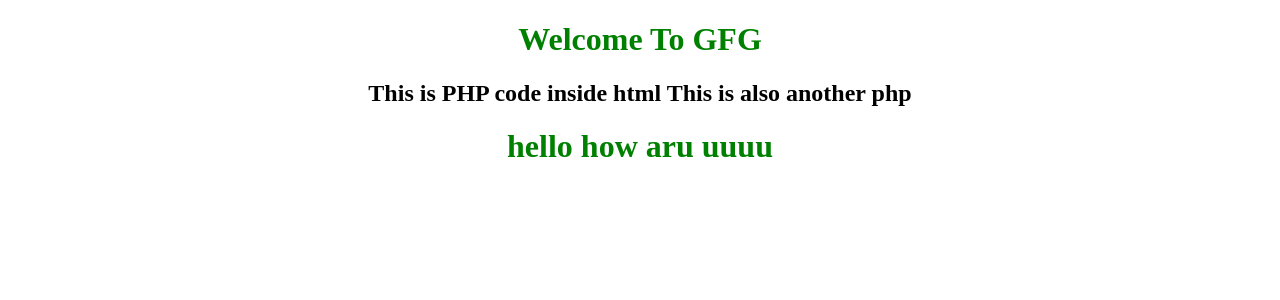
Repository: aashlinrajan/PHPprojectGH
Page: http://localhost/example1.php
These files come from the project's save history. The page is drawn as it stood at one moment and after a run of saves; the edit follows.
The browser window is 1280 px wide. The pictures show the whole page.
The page is run by PHP 8.4 with error messages shown; the project is at /var/www/html/.

Above is the page before, as saved 2022-12-14 11:06:34.

After the next 2 saves:
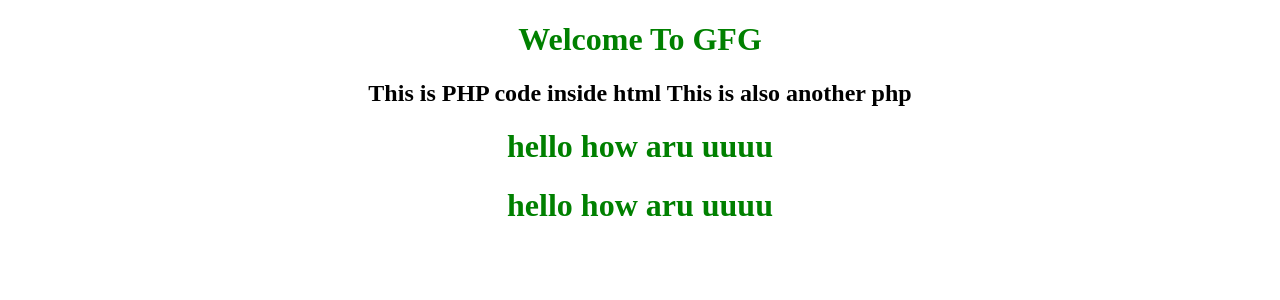
The 2 saves are shown as one change because they came seconds apart.
The last was saved 6 s later.
--- a/example1.php
+++ b/example1.php
@@ -18,6 +18,7 @@
             echo "This is PHP code inside html";
             echo " This is also another php";
             echo "<h1> hello how aru uuuu<h1>";
+            echo "<h1> hello how aru uuuu<h1>";
             ?>
         </h2>
     </center>
